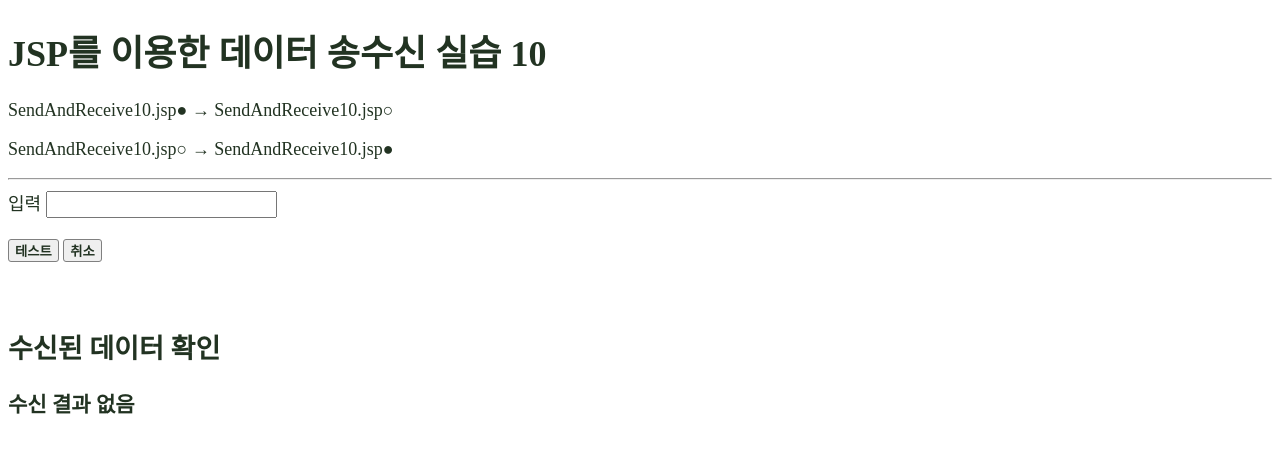
Repository: god5228god/Jsp
Page: http://localhost/WebApp06/SendAndReceive10.jsp
The author's editor kept a copy of each file at every save. The page is drawn from the files as they stood at one save, then again after the next save.
The browser window is 1280 px wide. The pictures show the whole page.
The page is served by Tomcat 9.

Above is the page before, as saved 2026-03-04 00:24:12.

After the next save:
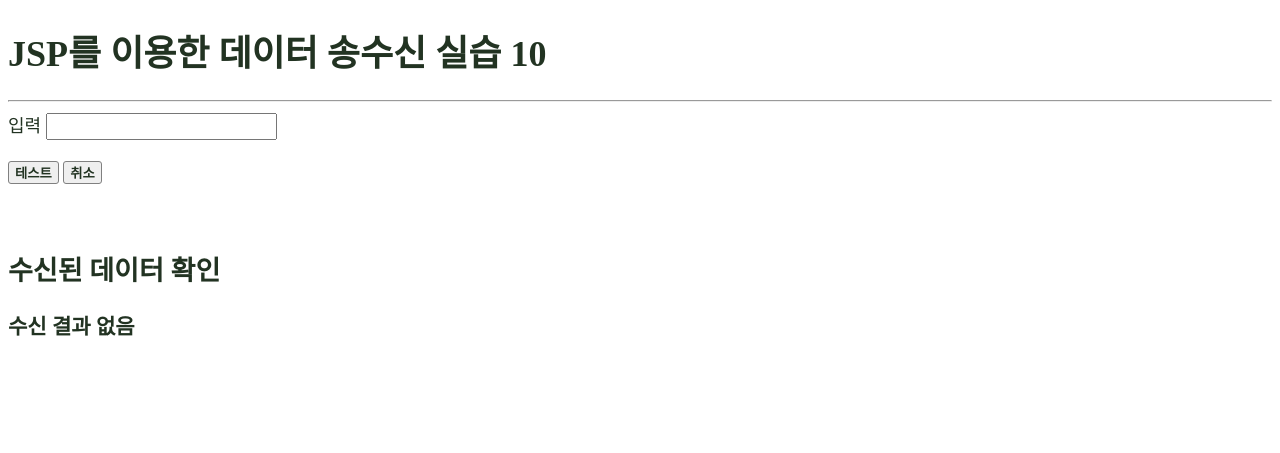
Saved 28 s later.
--- a/WebApp06/WebContent/SendAndReceive10.jsp
+++ b/WebApp06/WebContent/SendAndReceive10.jsp
@@ -27,8 +27,8 @@
 <body>
 <div>
 	<h1>JSP를 이용한 데이터 송수신 실습 10</h1>
-	<p>SendAndReceive10.jsp● → SendAndReceive10.jsp○</p>
-	<p>SendAndReceive10.jsp○ → SendAndReceive10.jsp●</p>
+<!-- 	<p>SendAndReceive10.jsp● → SendAndReceive10.jsp○</p>
+	<p>SendAndReceive10.jsp○ → SendAndReceive10.jsp●</p> -->
 	<hr />
 </div>
 <div>
